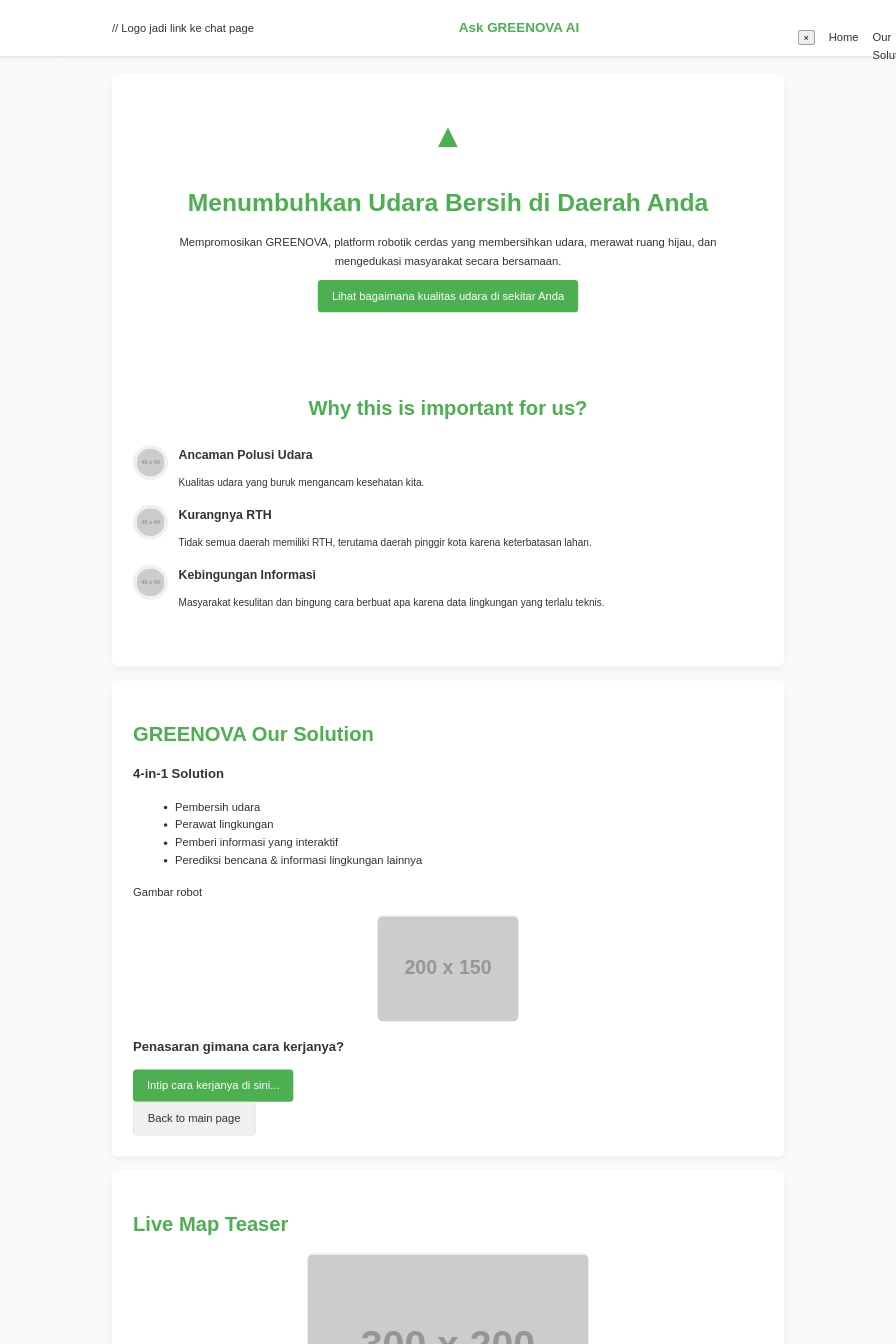
Repository: JojoGid34/Greenova-WEBSITE-SFT25-TETR
Page: index.html
These files come from the project's save history. The page is drawn as it stood at one moment and after the next save; the edit follows.
The browser window is 1280 px wide. The pictures show the part of the page from y = 0 to 1920 px (the page is 4793 px tall), at 70% of full size.

Above is the page before, as saved 2025-07-26 13:33:34.

### index.html
<!DOCTYPE html>
<html lang="id">

<head>
  <meta charset="UTF-8">
  <meta name="viewport" content="width=device-width, initial-scale=1.0">
  <title>Greenova AI - Scrollable Website</title>
  <link rel="stylesheet" href="style.css">
</head>

<body>
  // Header nya fixed di atas
  <header class="navbar">
    <div class="container">
      // Logo jadi link ke chat page
      <a href="#chat-page" class="logo">Ask GREENOVA AI</a>
      <nav class="nav-menu">
        <button class="menu-toggle" aria-label="Toggle navigation">&#9776;</button>
        <ul class="nav-list">
          <li class="close-menu-item"><button class="close-menu" aria-label="Close navigation">&times;</button></li>
          <li><a href="#home">Home</a></li>
          <li><a href="#solution">Our Solution</a></li>
          <li><a href="#live-map-teaser">Live Map Teaser</a></li>
          <li><a href="#collaboration">Collaboration</a></li>
          <li><a href="#about-us-simulated">About Us</a></li>
          <li><a href="#how-it-works-simulated">How It Works</a></li>
          <li><a href="#live-map-simulated">Live Map & Rob. Loc.</a></li>
          <li><a href="#air-quality-simulated">Air Quality Analysis</a></li>
          <li><a href="#collaboration-simulated">Collaboration</a></li>
          <li><a href="#donation-simulated">Donation</a></li>
        </ul>
      </nav>
    </div>
  </header>

  <main class="container">
    <!-- Home Section (Menumbuhkan Udara Bersih di Daerah Anda & Why this is important for us?) -->
    <section id="home" class="page-section">
      <div class="hero-content">
        <div class="triangle-icon">▲</div>
        <h1>Menumbuhkan Udara Bersih di Daerah Anda</h1>
        <p>Mempromosikan GREENOVA, platform robotik cerdas yang membersihkan udara, merawat ruang hijau, dan mengedukasi
          masyarakat secara bersamaan.</p>
        <a href="#air-quality-simulated" class="btn primary-btn">Lihat bagaimana kualitas udara di sekitar Anda</a>
      </div>
      <div class="why-important">
        <h2>Why this is important for us?</h2>
        <div class="reason-item">
          <img src="https://via.placeholder.com/40" alt="Polusi Udara Icon" class="icon">
          <div>
            <h3>Ancaman Polusi Udara</h3>
            <p>Kualitas udara yang buruk mengancam kesehatan kita.</p>
          </div>
        </div>
        <div class="reason-item">
          <img src="https://via.placeholder.com/40" alt="RTH Icon" class="icon">
          <div>
            <h3>Kurangnya RTH</h3>
            <p>Tidak semua daerah memiliki RTH, terutama daerah pinggir kota karena keterbatasan lahan.</p>
          </div>
        </div>
        <div class="reason-item">
          <img src="https://via.placeholder.com/40" alt="Informasi Icon" class="icon">
          <div>
            <h3>Kebingungan Informasi</h3>
            <p>Masyarakat kesulitan dan bingung cara berbuat apa karena data lingkungan yang terlalu teknis.</p>
          </div>
        </div>
      </div>
    </section>

    <!-- Our Solution Section -->
    <section id="solution" class="page-section">
      <h2>GREENOVA Our Solution</h2>
      <div class="solution-details">
        <h3>4-in-1 Solution</h3>
        <ul>
          <li>Pembersih udara</li>
          <li>Perawat lingkungan</li>
          <li>Pemberi informasi yang interaktif</li>
          <li>Perediksi bencana & informasi lingkungan lainnya</li>
        </ul>
        <p>Gambar robot</p>
        <img src="https://via.placeholder.com/200x150?text=Robot+Image" alt="Greenova Robot">
        <h3>Penasaran gimana cara kerjanya?</h3>
        <a href="#how-it-works-simulated" class="btn primary-btn">Intip cara kerjanya di sini...</a>
      </div>
      <a href="#home" class="btn secondary-btn">Back to main page</a>
    </section>

    <!-- Live Map Teaser Section -->
    <section id="live-map-teaser" class="page-section">
      <h2>Live Map Teaser</h2>
      <div class="map-teaser-content">
        <img src="https://via.placeholder.com/300x200?text=Peta+Jakarta" alt="Live Map Teaser Image" class="map-image">
        <div class="map-overlay-text">Taman Pojok<br>AQI: 55 (Baik)</div>
        <a href="#live-map-simulated" class="btn primary-btn">Jelajahi peta selanjutnya...</a>
      </div>
      <a href="#home" class="btn secondary-btn">Back to main page</a>
    </section>

    <!-- Mari Berkolaborasi Section -->
    <section id="collaboration" class="page-section">
      <h1>Mari Berkolaborasi</h1>
      <h2>Untuk Indonesia yang lebih bersih</h2>
      <p>Proyek ini akan berhasil melalui dukungan dan kemitraan dari berbagai pihak. Cari tahu bagaimana Anda bisa
        menjadi bagian dari perubahan ini :)</p>
      <button class="btn primary-btn">Hubungi kami</button>
      <a href="#home" class="btn secondary-btn">Back to main page</a>
    </section>

    <!-- Simulated Pages (Sekarang juga akan muncul di bawah jika di-scroll) -->
    <section id="air-quality-simulated" class="page-section">
      <h2>Simulasi: Analisis Kualitas Udara</h2>
      <p>Ini adalah halaman simulasi untuk analisis kualitas udara. Di sini Anda akan menampilkan data sensor
        sebenarnya.</p>
      <a href="#home" class="btn secondary-btn">Back to main page</a>
    </section>

    <section id="how-it-works-simulated" class="page-section">
      <h2>Simulasi: Cara Kerja Robot</h2>
      <p>Ini adalah halaman simulasi untuk detail cara kerja Greenova AI.</p>
      <a href="#home" class="btn secondary-btn">Back to main page</a>
    </section>

    <section id="live-map-simulated" class="page-section">
      <h2>Simulasi: Peta Lengkap Robot</h2>
      <p>Ini adalah halaman simulasi untuk peta interaktif dengan lokasi robot. Di sini Anda akan mengintegrasikan peta
        Google Maps atau OpenStreetMap.</p>
      <a href="#home" class="btn secondary-btn">Back to main page</a>
    </section>

  </main>

  <footer class="footer">
    <div class="container footer-content">
      <div class="footer-nav">
        <button class="footer-icon">&#9776;</button>
        <button class="footer-icon">&#9776;</button>
        <button class="footer-icon">&#9776;</button>
      </div>
      <div class="social-media">
        <span>Our Social Media</span>
        <span>Our Contact</span>
      </div>
    </div>
  </footer>

  <script src="script.js"></script>
</body>

</html>

### style.css
/* General styles */
:root {
  --primary-color: #4CAF50;
  --secondary-color: #f0f0f0;
  --text-color: #333;
  --header-bg: #fff;
  --border-color: #ddd;
  --button-hover-bg: #45a049;
  --button-text-color: #fff;
  --navbar-height: 60px;
}

html {
  scroll-behavior: smooth;
}

body {
  font-family: Arial, sans-serif;
  margin: 0;
  /* Tambahkan padding-top untuk mengimbangi navbar fixed */
  padding-top: var(--navbar-height);
  background-color: #f9f9f9;
  color: var(--text-color);
  line-height: 1.6;
}

body.menu-open {
  overflow: hidden;
  /* Mencegah scroll saat menu terbuka */
}

.container {
  width: 90%;
  max-width: 960px;
  /* Lebar maksimum disesuaikan untuk fokus wireframe */
  margin: 0 auto;
  padding: 20px 0;
}

/* Navbar */
.navbar {
  background-color: var(--header-bg);
  border-bottom: 1px solid var(--border-color);
  padding: 10px 0;
  position: fixed;
  /* Membuat navbar tetap di atas */
  top: 0;
  left: 0;
  width: 100%;
  z-index: 1000;
  box-shadow: 0 2px 5px rgba(0, 0, 0, 0.1);
  height: var(--navbar-height);
  /* Tentukan tinggi navbar */
  display: flex;
  /* Untuk centering konten di dalamnya */
  align-items: center;
  /* Untuk centering konten di dalamnya */
}

.navbar .container {
  display: flex;
  justify-content: space-between;
  align-items: center;
  width: 90%;
  /* Pastikan container di dalam navbar juga responsif */
  max-width: 960px;
}

.navbar .logo {
  font-weight: bold;
  font-size: 1.2em;
  color: var(--primary-color);
  text-decoration: none;
}

.nav-menu .menu-toggle {
  display: none;
  /* Hidden by default for larger screens */
  background: none;
  border: none;
  font-size: 1.8em;
  cursor: pointer;
  color: var(--text-color);
}

.nav-list {
  list-style: none;
  margin: 0;
  padding: 0;
  display: flex;
  /* Overlay menu */
  position: fixed;

}

.nav-list li {
  margin-left: 20px;
}

.nav-list a {
  text-decoration: none;
  color: var(--text-color);
  font-weight: 500;
  transition: color 0.3s ease;
}

.nav-list a:hover {
  color: var(--primary-color);
}

/* Page Sections */
.page-section {
  /* Hapus display: none; agar semua section terlihat dan bisa di-scroll */
  padding: 40px 0;
  min-height: calc(100vh - var(--navbar-height) - 80px);
  /* Adjust based on header/footer height */
  box-sizing: border-box;
  background-color: #fff;
  /* Background putih seperti wireframe */
  border-radius: 8px;
  box-shadow: 0 4px 8px rgba(0, 0, 0, 0.05);
  margin-bottom: 20px;
  padding: 30px;
}

/* Hapus .active karena tidak lagi digunakan untuk display: block */
/* .page-section.active {
    display: block;
} */

h1,
h2 {
  color: var(--primary-color);
  margin-bottom: 15px;
}

h1 {
  font-size: 2.2em;
}

h2 {
  font-size: 1.8em;
}

p {
  margin-bottom: 15px;
}

/* Buttons */
.btn {
  padding: 10px 20px;
  border: none;
  border-radius: 5px;
  cursor: pointer;
  font-size: 1em;
  transition: background-color 0.3s ease;
  text-decoration: none;
  /* Untuk anchor tags styled as buttons */
  display: inline-block;
  text-align: center;
}

.primary-btn {
  background-color: var(--primary-color);
  color: var(--button-text-color);
}

.primary-btn:hover {
  background-color: var(--button-hover-bg);
}

.secondary-btn {
  background-color: var(--secondary-color);
  color: var(--text-color);
  border: 1px solid var(--border-color);
}

.secondary-btn:hover {
  background-color: #e0e0e0;
}

/* Home Section Specific */
#home .hero-content {
  text-align: center;
  margin-bottom: 40px;
  padding: 20px;
  border-radius: 8px;
  /* Box shadow inherited from .page-section */
}

#home .triangle-icon {
  font-size: 3em;
  color: var(--primary-color);
  margin-bottom: 10px;
}

#home .why-important {
  padding: 30px 0;
  /* Box shadow inherited from .page-section */
}

#home .why-important h2 {
  text-align: center;
  margin-bottom: 30px;
}

.reason-item {
  display: flex;
  align-items: flex-start;
  /* Align icon and text to top */
  margin-bottom: 20px;
  gap: 15px;
}

.reason-item .icon {
  width: 40px;
  /* Ukuran icon seperti wireframe */
  height: 40px;
  border-radius: 50%;
  background-color: var(--secondary-color);
  padding: 5px;
  object-fit: contain;
  flex-shrink: 0;
  /* Prevent icon from shrinking */
}

.reason-item h3 {
  margin-top: 0;
  margin-bottom: 5px;
  font-size: 1.1em;
}

.reason-item p {
  font-size: 0.9em;
  margin-bottom: 0;
}

/* Our Solution Section */
.solution-details ul {
  list-style: disc;
  margin-left: 20px;
  margin-bottom: 20px;
}

.solution-details img {
  display: block;
  margin: 20px auto;
  max-width: 100%;
  height: auto;
  border-radius: 8px;
  border: 1px solid var(--border-color);
  /* Add border for placeholder image */
}

/* Live Map Teaser Section */
.map-teaser-content {
  position: relative;
  width: 100%;
  max-width: 400px;
  /* Ukuran peta teaser seperti wireframe */
  margin: 20px auto;
  border: 1px solid var(--border-color);
  border-radius: 8px;
  overflow: hidden;
}

.map-teaser-content .map-image {
  display: block;
  width: 100%;
  height: auto;
}

.map-overlay-text {
  position: absolute;
  top: 50%;
  left: 50%;
  transform: translate(-50%, -50%);
  background-color: rgba(76, 175, 80, 0.8);
  /* Warna hijau transparan */
  color: white;
  padding: 10px 15px;
  border-radius: 5px;
  font-weight: bold;
  font-size: 1.1em;
  text-align: center;
}

.map-teaser-content .primary-btn {
  display: block;
  width: calc(100% - 40px);
  /* Adjust for padding */
  margin: 20px auto;
}

/* Mari Berkolaborasi Section */
#collaboration h1 {
  text-align: center;
  font-size: 2.5em;
  margin-bottom: 10px;
}

#collaboration h2 {
  text-align: center;
  font-size: 1.8em;
  margin-bottom: 30px;
}

#collaboration>p {
  text-align: center;
  margin-bottom: 30px;
}

#collaboration .primary-btn {
  display: block;
  width: fit-content;
  margin: 0 auto;
}


/* Footer */
.footer {
  background-color: var(--header-bg);
  border-top: 1px solid var(--border-color);
  padding: 15px 0;
  text-align: center;
  font-size: 0.9em;
  color: #666;
}

.footer-content {
  display: flex;
  justify-content: space-between;
  align-items: center;
}

.footer-nav {
  display: flex;
  gap: 10px;
}

.footer-icon {
  background: none;
  border: 1px solid var(--border-color);
  border-radius: 50%;
  width: 30px;
  height: 30px;
  display: flex;
  justify-content: center;
  align-items: center;
  font-size: 1.2em;
  cursor: pointer;
  color: #666;
}

/* Responsiveness */
@media (max-width: 768px) {
  .navbar .container {
    flex-wrap: wrap;
    justify-content: center;
  }

  .navbar .logo {
    width: 100%;
    text-align: center;
    margin-bottom: 10px;
  }

  .nav-menu {
    width: 100%;
    text-align: center;
  }

  .nav-menu .menu-toggle {
    display: block;
    width: 100%;
    text-align: right;
    padding-right: 10px;
  }

  .nav-list {
    flex-direction: column;
    width: 100%;
    display: none;
    /* Hidden by default on mobile */
    border-top: 1px solid var(--border-color);
    padding-top: 10px;
  }

  .nav-list.active {
    display: flex;
    /* Shown when menu is toggled */
  }

  .nav-list li {
    margin: 10px 0;
  }

  /* Adjust page-section padding for smaller screens */
  .page-section {
    padding: 20px;
  }

  .reason-item {
    flex-direction: column;
    align-items: center;
    text-align: center;
  }
}

@media (max-width: 480px) {
  h1 {
    font-size: 1.8em;
  }

  h2 {
    font-size: 1.4em;
  }

  .btn {
    width: 100%;
    box-sizing: border-box;
  }

  #collaboration .primary-btn {
    width: 100%;
  }

  .footer-content {
    flex-direction: column;
    gap: 10px;
  }
}

### script.js
document.addEventListener('DOMContentLoaded', () => {
  const menuToggle = document.querySelector('.menu-toggle');
  const navList = document.querySelector('.nav-list');

  //Mobile menu toggle
  if (menuToggle) {
    menuToggle.addEventListener('click', () => {
      navList.classList.toggle('active');
    });
  }

  //Optional: Smooth scrolling for anchor links (lebih baik secara native dengan CSS scroll-behavior)
  const navLinks = document.querySelectorAll('.nav-list a');
  navLinks.forEach(link => {
      link.addEventListener('click', (e) => {
          e.preventDefault();
          const targetId = link.getAttribute('href');
          document.querySelector(targetId).scrollIntoView({
              behavior: 'smooth'
          });
          //Close mobile menu after clicking a link
          if (navList.classList.contains('active')) {
              navList.classList.remove('active');
          }
      });
  });

});

After the next save:
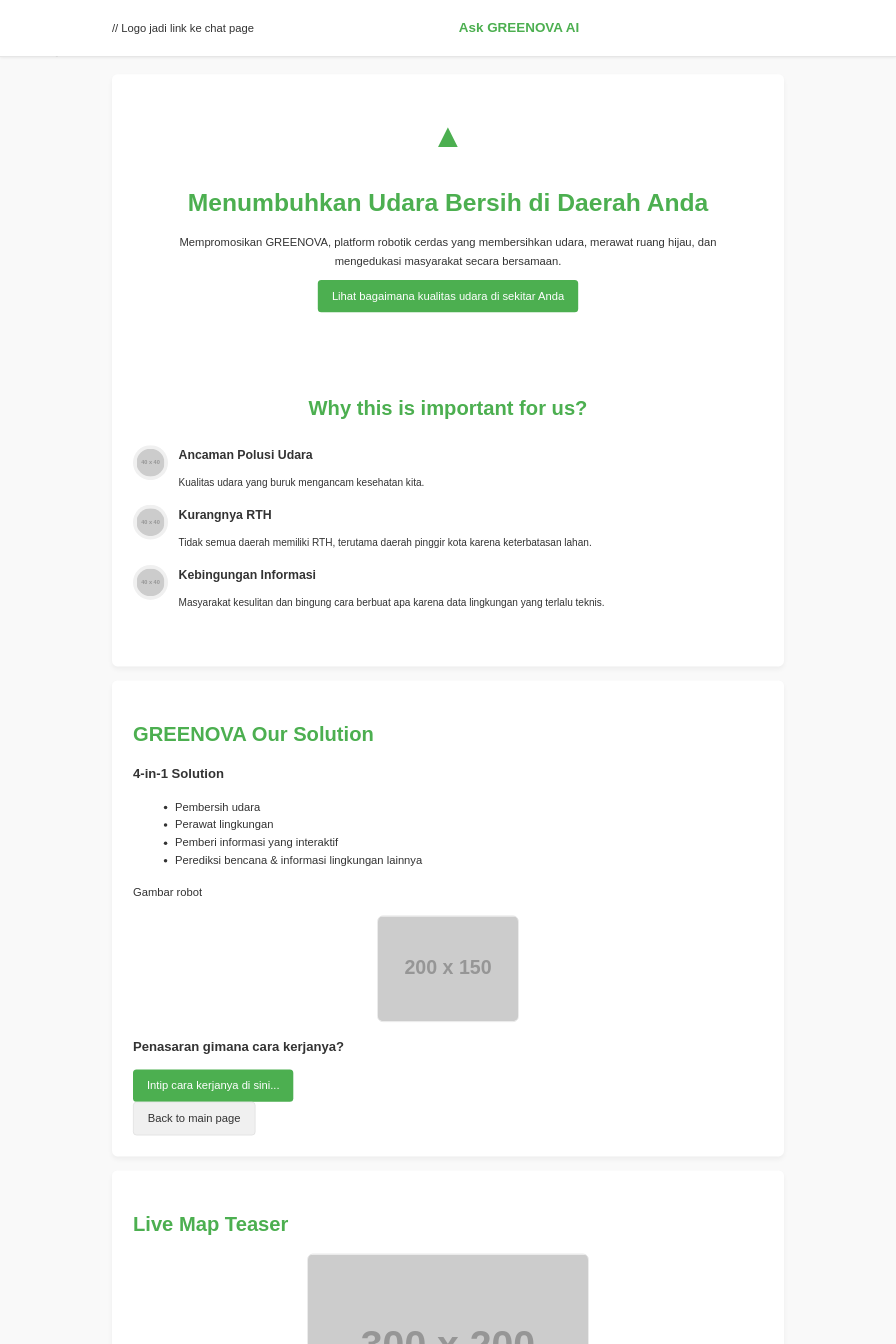
Saved 2 min 12 s later.
--- a/style.css
+++ b/style.css
@@ -90,7 +90,11 @@
   display: flex;
   /* Overlay menu */
   position: fixed;
-
+  top: 0;
+  right: -300px;
+  width: 300px;
+  height: 100%;
+  background-color: var(--header-bg);
 }
 
 .nav-list li {
